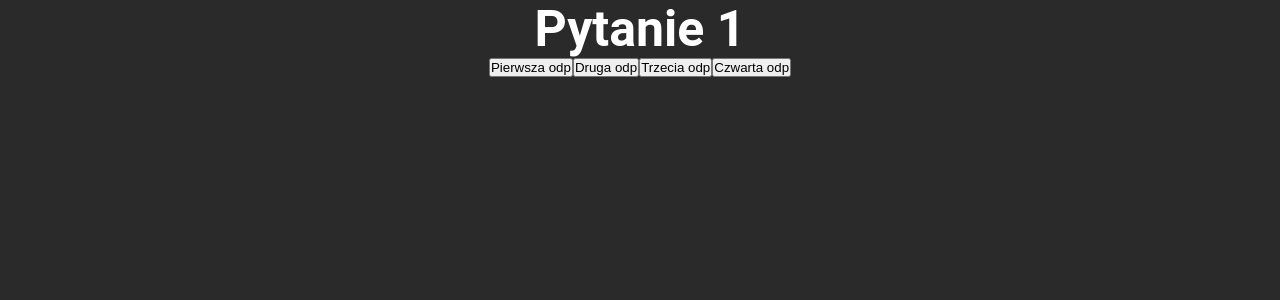
Repository: BaczkiewiczDawid/weatherApp
Page: index.html
An editor plug-in stored every save of this project. The page is shown before and after a run of saves, followed by the edit.
The browser window is 1280 px wide. The pictures show the whole page.

Above is the page before, as saved 2020-02-22 18:30:08.

After the next 2 saves:
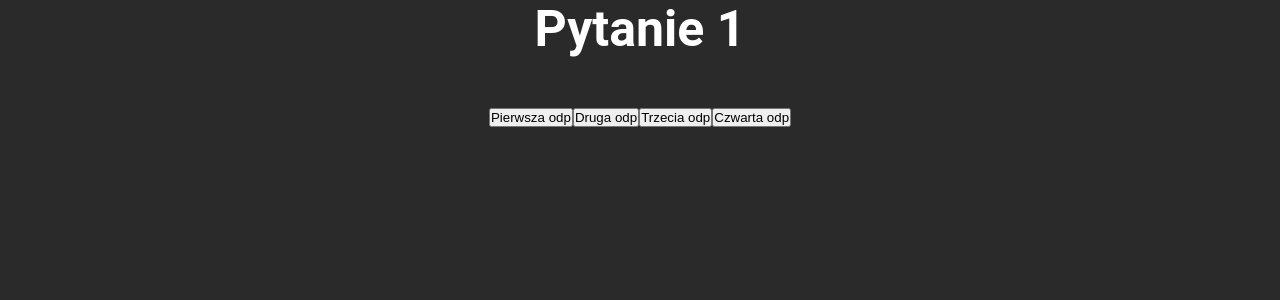
The 2 saves are shown as one change because they came seconds apart.
The last was saved 9 s later.
--- a/style.css
+++ b/style.css
@@ -18,4 +18,5 @@ h1 {
     display: flex;
     flex-direction: row;
     justify-content: center;
+    margin-top: 50px;
 }
